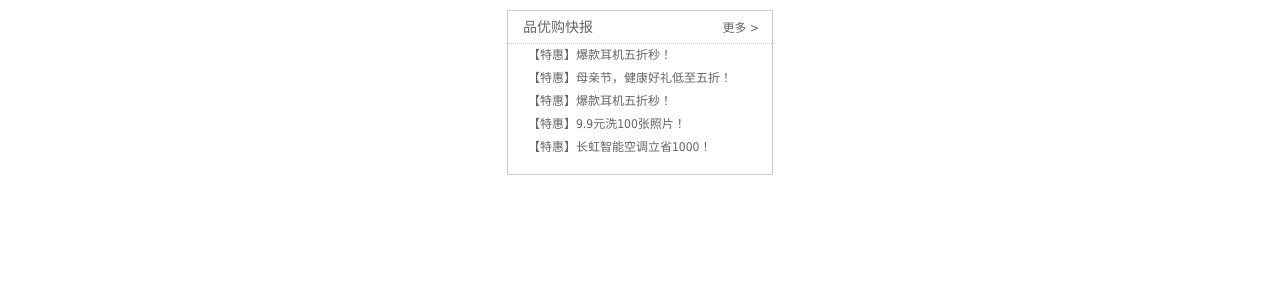
Repository: zhengdeya/web-based
Page: 32-品优购快报/index.html
The author's editor kept a copy of each file at every save. The page is drawn from the files as they stood at one save, then again after the next save.
The browser window is 1280 px wide. The pictures show the whole page.

Above is the page before, as saved 2021-04-11 14:58:55.

### 32-品优购快报/index.html
<!DOCTYPE html>
<html lang="en">

<head>
    <meta charset="UTF-8">
    <meta http-equiv="X-UA-Compatible" content="IE=edge">
    <meta name="viewport" content="width=device-width, initial-scale=1.0">
    <title>品优购快报</title>
    <link rel="stylesheet" href="style.css">
</head>

<body>
    <div class="kuaibao">
        <div class="title">
            <h4>品优购快报</h4>
            <a href="#">更多 ></a>
        </div>
        <ul>
            <li>
                <a href="#">【特惠】爆款耳机五折秒！</a>
            </li>
            <li>
                <a href="#">【特惠】母亲节，健康好礼低至五折！</a>
            </li>
            <li>
                <a href="#">【特惠】爆款耳机五折秒！</a>
            </li>
            <li>
                <a href="#">【特惠】9.9元洗100张照片！</a>
            </li>
            <li>
                <a href="#">【特惠】长虹智能空调立省1000！</a>
            </li>
        </ul>
    </div>
</body>

</html>

### 32-品优购快报/style.css
* {
    margin: 0;
    padding: 0;
}

.kuaibao {
    margin: 10px auto;
    width: 264px;
    height: 163px;
    border: 1px solid #ccc;
    font: 12px/1.5 'Microsoft YaHei', 'Heiti SC', tahoma, arial, 'Hiragino Sans GB', \\5B8B\4F53, sans-serif;
    color: #666;
}

.kuaibao a {
    text-decoration: none;
    font: 12px/1.5 'Microsoft YaHei', 'Heiti SC', tahoma, arial, 'Hiragino Sans GB', \\5B8B\4F53, sans-serif;
    color: #666;
}

.kuaibao .title {
    /* 盒子宽度 - 2 * padding宽度 , 264px - 2 * 15px  */
    width: 236px;
    height: 32px;
    line-height: 32px;
    /* background-color: rgb(148, 38, 38); */
    border-bottom: 1px dotted #ccc;
    padding: 0 15px;
    font-size: 14px;


    text-align: justify;
    /* justify对最后一行无效,所以增加一行 实现两端对齐*/
    text-align-last: justify;
}

.kuaibao .title h4 {
    font-weight: normal;
    font-size: 14px;
    display: inline-block;
}

.kuaibao .title a {

    display: inline-block;
}

.kuaibao ul {}

.kuaibao li {
    /* 去掉列表前的小圆点 */
    list-style: none;
    height: 23px;
    line-height: 23px;
    padding-left: 20px;
}

After the next save:
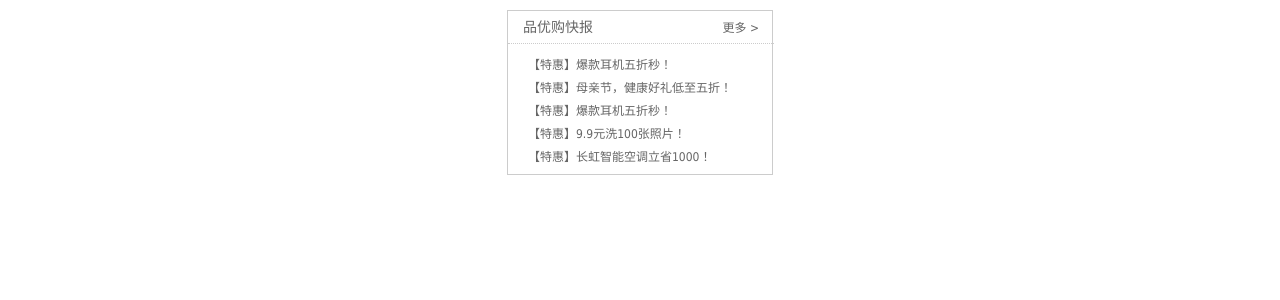
Saved 23 s later.
--- a/32-品优购快报/style.css
+++ b/32-品优购快报/style.css
@@ -45,7 +45,9 @@
     display: inline-block;
 }
 
-.kuaibao ul {}
+.kuaibao ul {
+    margin-top: 10px;
+}
 
 .kuaibao li {
     /* 去掉列表前的小圆点 */
